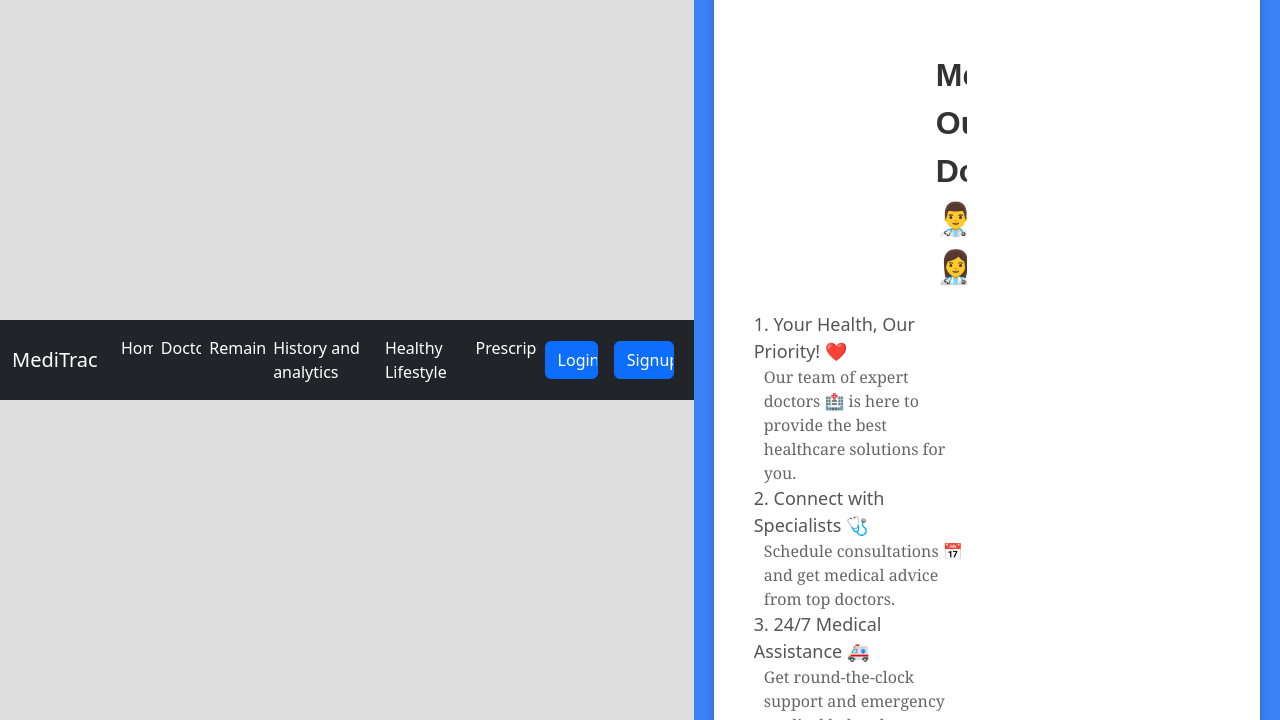
Repository: rahul-chakradhari/PillWise
Page: /doctors (app in frontend/)
The author's editor kept a copy of each file at every save. The page is drawn from the files as they stood at one save, then again after the next save.
The browser window is 1280 px wide. The pictures show the whole page.
The page's requests for data from a server got no answer. The project was rebuilt for these pictures with package versions that can differ from the ones it lists, and the page was loaded fresh each time. No one was signed in, and anything a server would have sent is missing. Also part of the build but not shown: frontend/vite.config.js, frontend/src/components/Home.jsx, frontend/src/components/History.jsx, frontend/src/components/Remainder.jsx, frontend/src/components/Healthy.jsx, frontend/src/components/Prescription.jsx.

Above is the page before, as saved 2025-03-06 16:23:50.

After the next save:
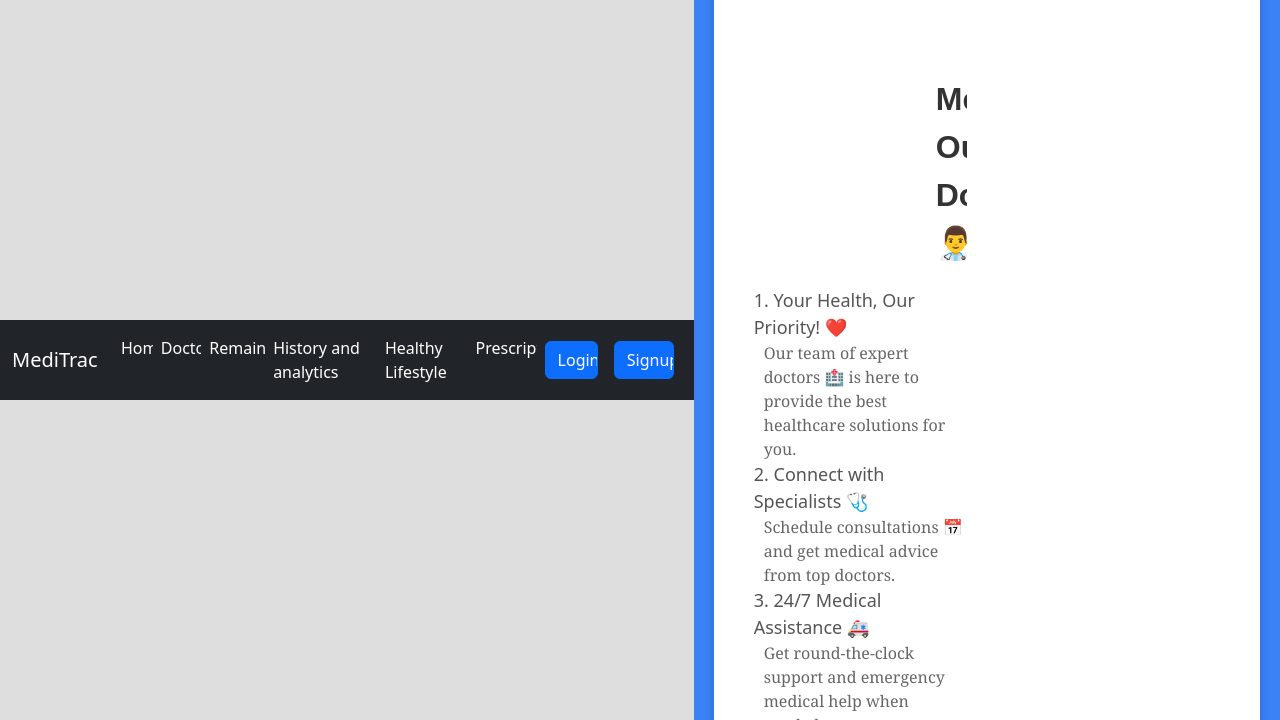
Saved 8 min 19 s later.
--- a/frontend/src/components/Doctors.jsx
+++ b/frontend/src/components/Doctors.jsx
@@ -16,7 +16,7 @@
     <div className="doctors-container">
       <div className="doctors-content">
         <div className="doctors-text">
-          <div className="title">Meet Our Doctors 👨‍⚕️👩‍⚕️</div>
+          <div className="title">Meet Our Doctors 👨‍⚕️</div>
           <div className="texts">
             1. Your Health, Our Priority! ❤️ <br />
             <div className="subtexts">

After the save that followed:
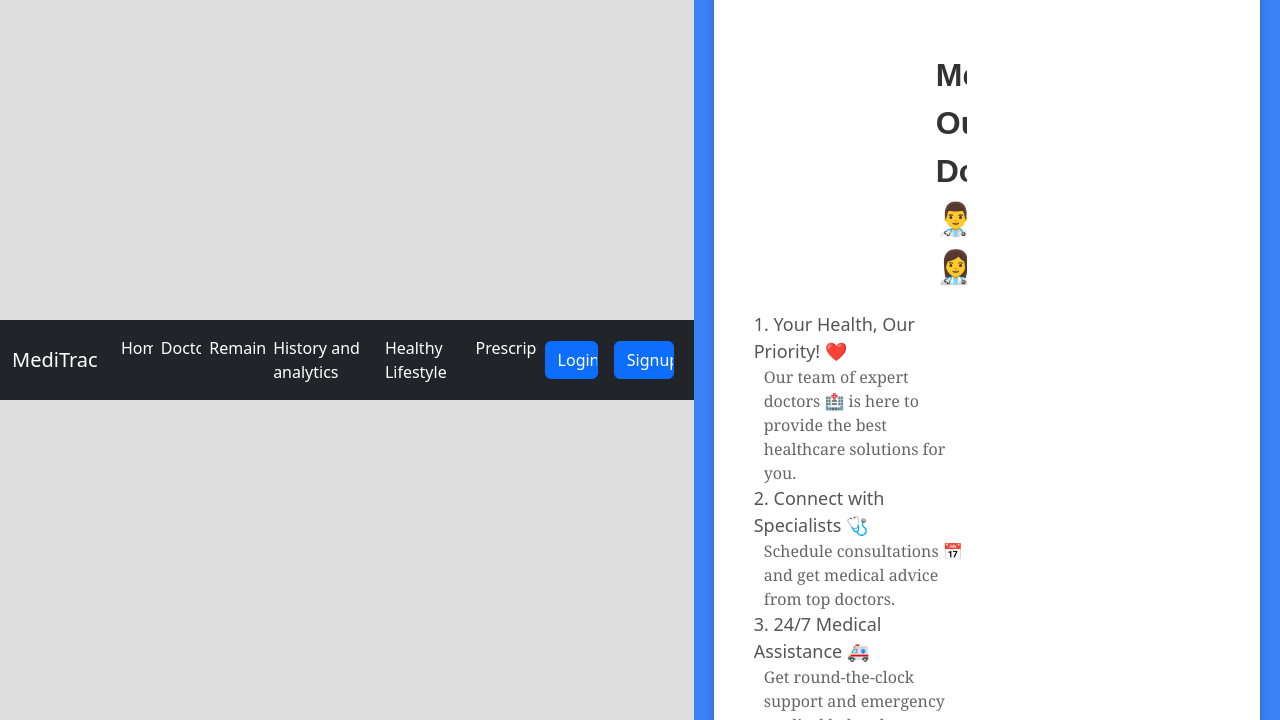
Saved 14 s later.
--- a/frontend/src/components/Doctors.jsx
+++ b/frontend/src/components/Doctors.jsx
@@ -16,7 +16,7 @@
     <div className="doctors-container">
       <div className="doctors-content">
         <div className="doctors-text">
-          <div className="title">Meet Our Doctors 👨‍⚕️</div>
+          <div className="title">Meet Our Doctors 👨‍⚕️👩‍⚕️</div>
           <div className="texts">
             1. Your Health, Our Priority! ❤️ <br />
             <div className="subtexts">
